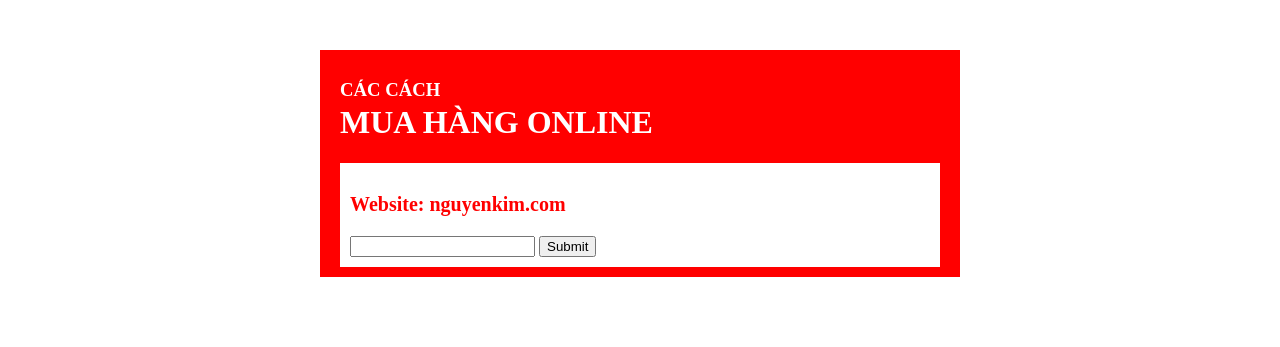
Repository: Tan-Khang21/TH_TKW--Buoi_01
Page: Buoi_01/BT_tren_lop/BT_06/main.html
An editor plug-in stored every save of this project. The page is shown before and after the next save, followed by the edit.
The browser window is 1280 px wide. The pictures show the whole page.

Above is the page before, as saved 2024-01-23 16:16:54.

### Buoi_01/BT_tren_lop/BT_06/main.html
<!DOCTYPE html>
<html lang="en">
  <head>
    <meta charset="UTF-8" />
    <meta name="viewport" content="width=device-width, initial-scale=1.0" />
    <title>Document</title>
    <link rel="stylesheet" href="style.css" />
  </head>
  <body>
    <div class="cover">
        <h3 style="color: white;">CÁC CÁCH</h3>
        <h1>MUA HÀNG ONLINE</h1>
        <div class="content">
            <h3>Website: nguyenkim.com </h3>
            <form>
              <input type="text" />
              <input type="submit" name="find" />
            </form>
        </div>

</div>
  </body>
</html>

### Buoi_01/BT_tren_lop/BT_06/style.css
.cover{
    width: 600px;
    margin: 50px auto;
    background-color: red;
    padding: 10px 20px;
}
h1{
    margin-top: -15px;
    color: white;
}
.content{
    background-color: white;
    padding: 10px;
}
.content h3{
    color:red;
    font-size: 20px;
    font-weight: bold;
}

After the next save:
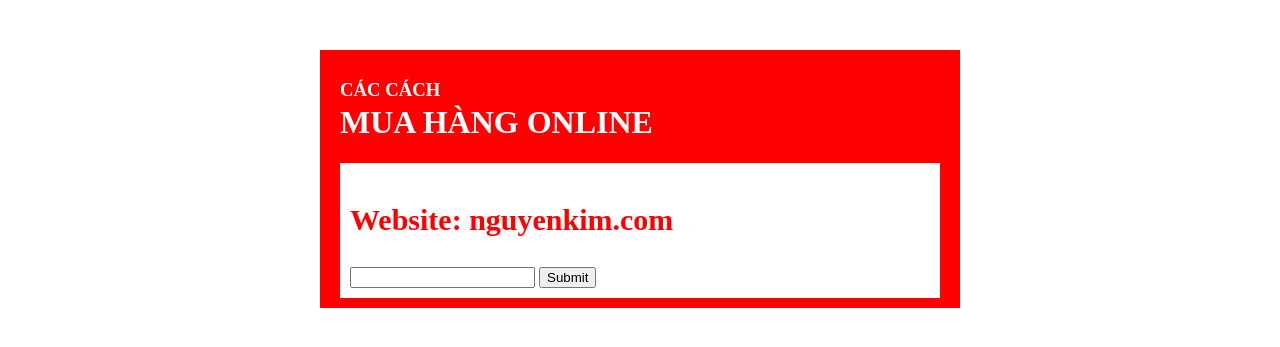
Saved 42 s later.
--- a/Buoi_01/BT_tren_lop/BT_06/main.html
+++ b/Buoi_01/BT_tren_lop/BT_06/main.html
@@ -11,7 +11,7 @@
         <h3 style="color: white;">CÁC CÁCH</h3>
         <h1>MUA HÀNG ONLINE</h1>
         <div class="content">
-            <h3>Website: nguyenkim.com </h3>
+            <h3 style="font-size: 30px;">Website: nguyenkim.com </h3>
             <form>
               <input type="text" />
               <input type="submit" name="find" />
